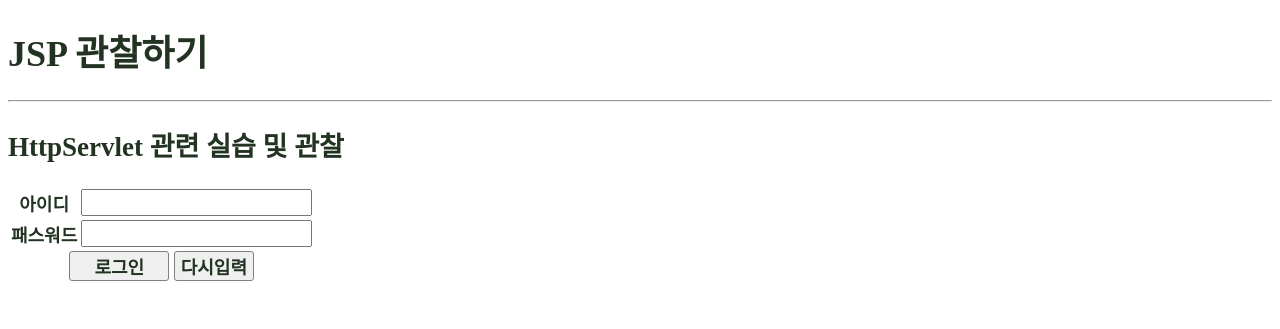
Repository: god5228god/Jsp
Page: http://localhost/WebApp04/JspTest005.jsp
An editor plug-in stored every save of this project. The page is shown before and after the next save, followed by the edit.
The browser window is 1280 px wide. The pictures show the whole page.
The page is served by Tomcat 9. Other server files are loaded and not shown.

Above is the page before, as saved 2026-02-27 03:09:18.

### WebApp04/WebContent/JspTest005.jsp
<%@ page contentType="text/html; charset=UTF-8"%>
<!DOCTYPE html>
<html>
<head>
<meta charset="UTF-8">
<title>JspTest005.jsp</title>
<link rel="stylesheet" href="css/main.css" type="text/css"/>
</head>
<body>
	<div>
		<h1>JSP 관찰하기</h1>
		<hr />
	</div>
	<div>
		<h2>HttpServlet 관련 실습 및 관찰</h2>
		<form action="">
			<table>
				<tr>
					<th>아이디</th>
					<td><input type="text" id="userId" class="txt" /></td>
				</tr>
				<tr>
					<th>패스워드</th>
					<td><input type="password" id="userPwd" class="pwd" /></td>
				</tr>
				<tr>
					<td colspan="2" style="text-align: center;">
						<input type="submit" value="로그인" class="btn control"  style="width: 100px;"/>
						<input type="reset" value="다시입력" class="btn control" />
					</td>
				</tr>
			</table>
		</form>
	</div>
</body>
</html>

### WebApp04/WebContent/css/main.css
@charset "UTF-8";

*
{
	color: #223322;
	font-family: 나눔고딕코딩;
}

body, p, div, span, input, table, th, td, select
{
	font-size: 18px;
}

.control
{
	border: 1px solid gray;
	border-radius: 3px ;
}

.table
{
	border-collapse: collapse;
	width: 100%;
}

.table th, .table td
{
	border: 1px solid gray;
	border-left: 0;
	border-right: 0;
	padding: 3px;
	line-height: 150%;
}

.table th
{
	font-weight: bold;
	background-color: #eee;
}

.btn
{
	font-weight: bold;
	font-family: 맑은 고딕;

}

.btn:hover
{
	color: #fff;
	background-color: #778877;
}
input[type="text"]:focus
{
	background-color: #dcfccf;
}

After the next save:
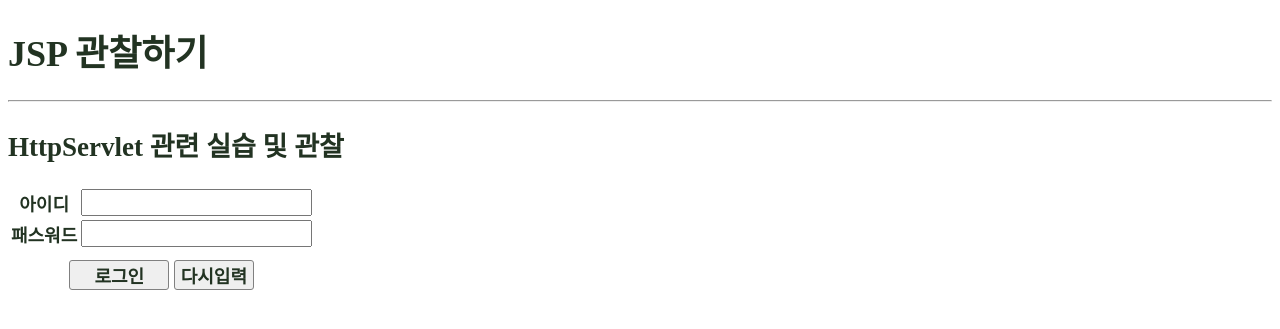
Saved 31 s later.
--- a/WebApp04/WebContent/JspTest005.jsp
+++ b/WebApp04/WebContent/JspTest005.jsp
@@ -23,7 +23,7 @@
 					<th>패스워드</th>
 					<td><input type="password" id="userPwd" class="pwd" /></td>
 				</tr>
-				<tr>
+				<tr style="height: 50px">
 					<td colspan="2" style="text-align: center;">
 						<input type="submit" value="로그인" class="btn control"  style="width: 100px;"/>
 						<input type="reset" value="다시입력" class="btn control" />
